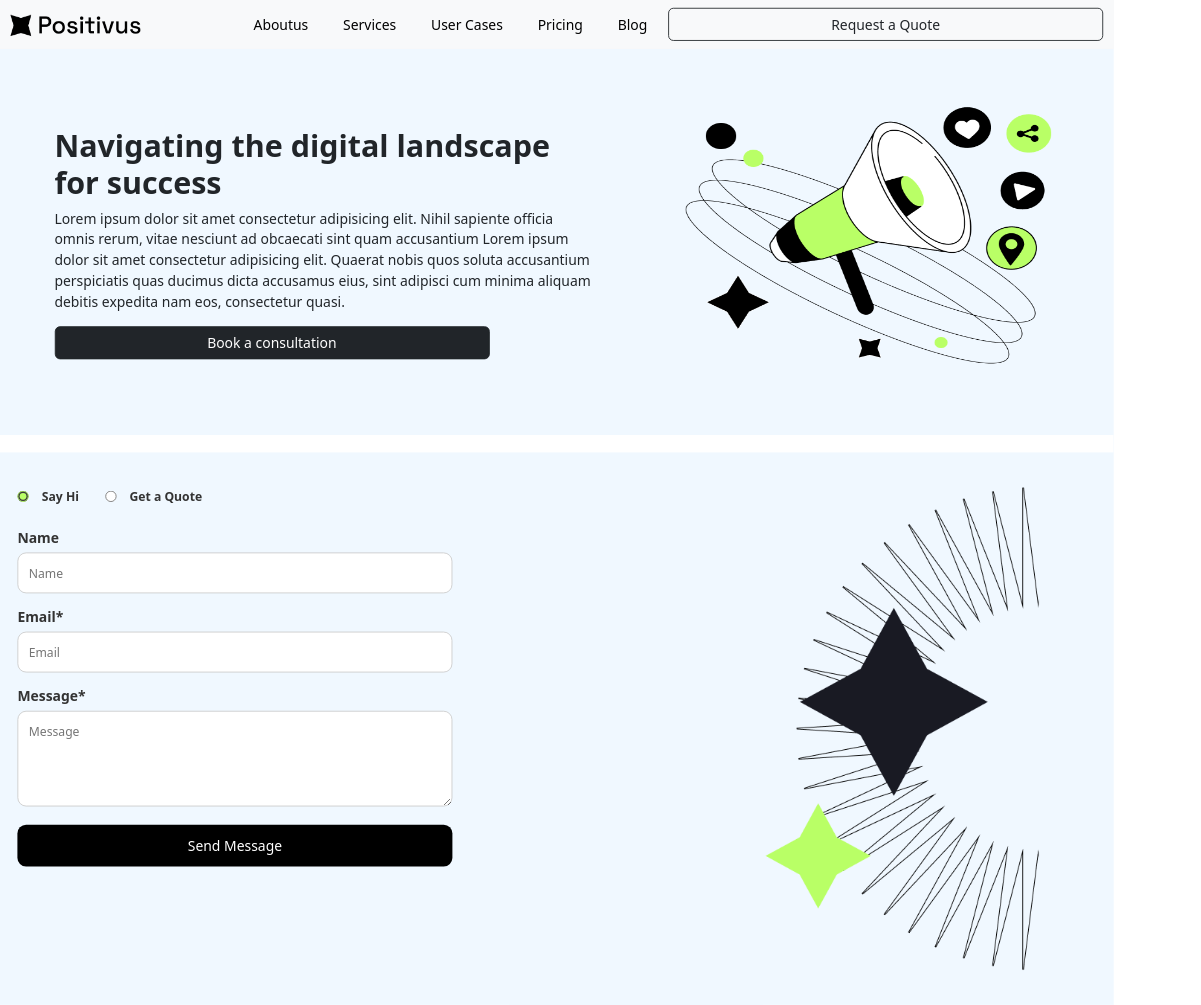
Repository: inshaabbas/CSS-Hackathon-SMIT
Page: index.html
The author's editor kept a copy of each file at every save. The page is drawn from the files as they stood at one save, then again after the next save.
The browser window is 1280 px wide. The page is 1280 px wide, then 1380 px, then 1280 px, so the pictures cover 1380 px, including what lies to the right of the window. The pictures show the whole page, at 87% of full size.

Above is the page before, as saved 2025-06-25 10:12:21.

### index.html
<!DOCTYPE html>
<html lang="en">
<head>
    <meta charset="UTF-8">
    <meta name="viewport" content="width=device-width, initial-scale=1.0">
    <title>CSS Hackathon</title>
    <!-- Bootstrap CDN -->
     <link href="https://cdn.jsdelivr.net/npm/bootstrap@5.3.7/dist/css/bootstrap.min.css" rel="stylesheet" integrity="sha384-LN+7fdVzj6u52u30Kp6M/trliBMCMKTyK833zpbD+pXdCLuTusPj697FH4R/5mcr" crossorigin="anonymous">
    <!-- Font Awesome CDN -->
     <link rel="stylesheet" href="https://cdnjs.cloudflare.com/ajax/libs/font-awesome/6.7.2/css/all.min.css" integrity="sha512-Evv84Mr4kqVGRNSgIGL/F/aIDqQb7xQ2vcrdIwxfjThSH8CSR7PBEakCr51Ck+w+/U6swU2Im1vVX0SVk9ABhg==" crossorigin="anonymous" referrerpolicy="no-referrer"/>
    <!-- External Style Sheet -->
     <link rel="stylesheet" href="./style.css">
</head>
<body>
    <!-- Header Section Starts -->
    <header class="container-xxl">
      <div class="fixed-top">
         <nav class="navbar navbar-expand-lg bg-body-tertiary">
  <div class="container-fluid">
    <a class="navbar-brand" href="#"><img src="./Assets/logo.png" alt="Logo" width="150px"></a>
    <button class="navbar-toggler" type="button" data-bs-toggle="collapse" data-bs-target="#navbarSupportedContent" aria-controls="navbarSupportedContent" aria-expanded="false" aria-label="Toggle navigation">
      <span class="navbar-toggler-icon"></span>
    </button>
    <div class="collapse navbar-collapse" id="navbarSupportedContent">
      <ul class="navbar-nav ms-auto me-3 gap-4 mb-2 mb-lg-0">
        <li class="nav-item">
          <a class="nav-link active" aria-current="page" href="#">Aboutus</a>
        </li>
        <li class="nav-item">
          <a class="nav-link active" href="#">Services</a>
        </li>
        <li class="nav-item">
          <a class="nav-link active" aria-disabled="true">User Cases</a>
        </li>
        <li class="nav-item">
          <a class="nav-link active" aria-current="page" href="#">Pricing</a>
        </li>
        <li class="nav-item">
          <a class="nav-link active" aria-current="page" href="#">Blog</a>
        </li>
      </ul>
        <button class="btn btn-outline-dark" type="submit">Request a Quote</button>
      </form>
    </div>
  </div>
</nav>
      </div>
    </header>
    <!-- Header Section Ends -->

    <!-- Hero Section Starts -->
     <section class="hero-sec container-xxl">
        <div class="hero-text">
            <h2>Navigating the digital landscape for success</h2>
            <p>Lorem ipsum dolor sit amet consectetur adipisicing elit. Nihil sapiente officia omnis rerum, vitae nesciunt ad obcaecati sint quam accusantium Lorem ipsum dolor sit amet consectetur adipisicing elit. Quaerat nobis quos soluta accusantium perspiciatis quas ducimus dicta accusamus eius, sint adipisci cum minima aliquam debitis expedita nam eos, consectetur quasi.</p>
            <button type="button" class="btn btn-dark">Book a consultation</button>
        </div>
        <div class="hero-img">
            <img src="./Assets/hero-sec-img.png" alt="Hero Section Img" width="450px" height="330px">
        </div>
     </section>
    <!-- Hero Section Ends -->

     <!-- Contact section Starts -->
     <section class="contact-section">
      <div class="contact-form">
        <form>
          <!-- Radio Buttons -->
          <div class="radio-group">
            <label><input type="radio" name="purpose" checked>Say Hi</label>
            <label><input type="radio" name="purpose"> Get a Quote</label>
          </div>

          <!-- Name -->
          <div class="form-group">
            <label for="name">Name</label>
            <input type="text" id="name" name="name" placeholder="Name" required>
          </div>

          <!-- Email -->
          <div class="form-group">
            <label for="email">Email*</label>
            <input type="email" id="email" name="email" placeholder="Email" required>
          </div>

          <!-- Message -->
          <div class="form-group">
            <label for="message">Message*</label>
            <textarea id="message" name="message" placeholder="Message" rows="4" required></textarea>
          </div>

          <!-- Button -->
          <button type="submit">Send Message</button>
        </form>
       </div>
      <div>
        <img src="./Assets/Contact-img.png" alt="Contact img" width="400px">
      </div>
     </section>







<script src="https://cdn.jsdelivr.net/npm/@popperjs/core@2.11.8/dist/umd/popper.min.js" integrity="sha384-I7E8VVD/ismYTF4hNIPjVp/Zjvgyol6VFvRkX/vR+Vc4jQkC+hVqc2pM8ODewa9r" crossorigin="anonymous"></script>
<script src="https://cdn.jsdelivr.net/npm/bootstrap@5.3.7/dist/js/bootstrap.min.js" integrity="sha384-7qAoOXltbVP82dhxHAUje59V5r2YsVfBafyUDxEdApLPmcdhBPg1DKg1ERo0BZlK" crossorigin="anonymous"></script>
</body>
</html>

### style.css
.hover-img{
    transition: transform 0.3s ease;
}

.hover-img:hover{
    transform: scale(1.1);
}

.hero-sec{
    display: flex;
    justify-content: space-around;
    align-items: center;
    padding: 20px;
    height: 500px;
    background-color: aliceblue;
    padding-top: 80px;
}

.hero-text{
    width: 50%;
}

.hero-text h2{
    font-size: 35px;
    font-weight: bold;
}

@media screen and (max-width: 1010px) {
    .hero-img img{
        width: 350px;
        height: 300px;
    }
    .hero-sec{
        height: auto;
    }
}

@media screen and (max-width: 800px){
    .hero-sec{
        flex-direction: column;
        gap: 50px;
    }

    .hero-text{
    width: 100%;
}
}

/* Hero Section End */

/* Contact Section Starts */

.contact-section{
    display: flex;
    justify-content: space-between;
    /* gap: 70px; */
    /* height: 400px; */
    height: auto;
    background-color: aliceblue;
    margin-top: 20px;
    padding: 40px 0px 40px 20px
}

.contact-form{
    /* background-color: pink; */
    width: 100%;
}

.radio-group {
  display: flex;
  gap: 30px;
  margin-bottom: 20px;
  font-size: 14px;
  /* background-color: pink; */
}

.radio-group label{
  display: flex;
  align-items: center;
  gap: 15px;
  font-size: 14px;
  color: #333;
  cursor: pointer;
  /* width: 100px; */
  white-space: nowrap
}


input[type="radio"] {
  accent-color: #b9ff66;
}

.form-group {
  margin-bottom: 15px;
}

label {
  display: block;
  margin-bottom: 5px;
  font-weight: bold;
  color: #333;
}

input,
textarea {
  width: 100%;
  max-width: 500px;
  padding: 12px;
  font-size: 14px;
  border: 1px solid #ccc;
  border-radius: 10px;
  box-sizing: border-box;
}

button {
  background-color: #000;
  color: #fff;
  border: none;
  padding: 12px;
  width: 100%;
  max-width: 500px;
  border-radius: 10px;
  font-size: 16px;
  cursor: pointer;
  transition: background-color 0.3s;
}

button:hover {
  background-color: #333;
}

.contact-image {
  flex: 1;
  text-align: right; /* aligns image to the right inside the div */
  min-width: 300px;
}

After the next save:
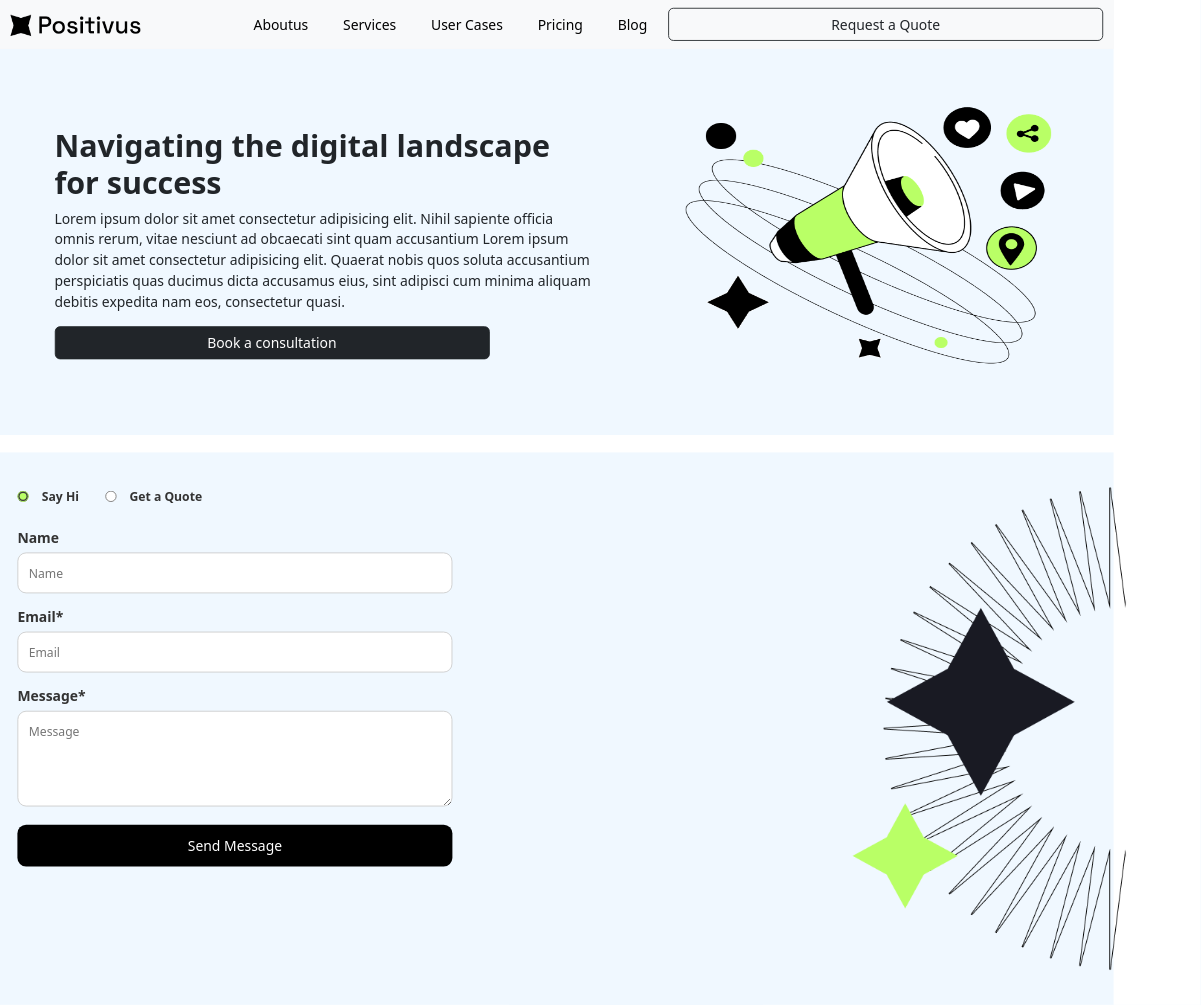
Saved 15 s later.
--- a/index.html
+++ b/index.html
@@ -93,7 +93,7 @@
           <button type="submit">Send Message</button>
         </form>
        </div>
-      <div>
+      <div class="contact-image">
         <img src="./Assets/Contact-img.png" alt="Contact img" width="400px">
       </div>
      </section>

After the save that followed:
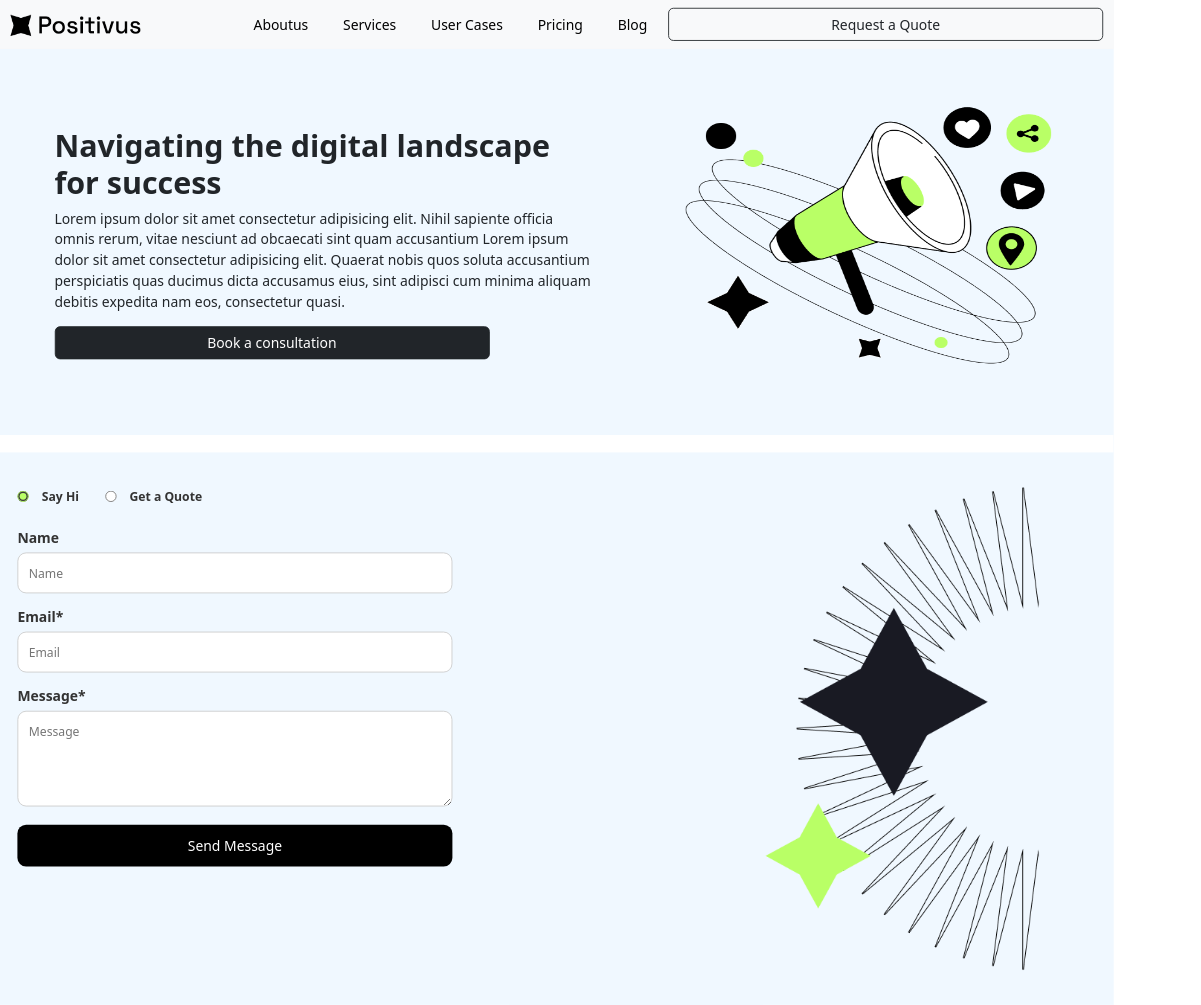
Saved 14 s later.
--- a/style.css
+++ b/style.css
@@ -132,5 +132,5 @@ button:hover {
 .contact-image {
   flex: 1;
   text-align: right; /* aligns image to the right inside the div */
-  min-width: 300px;
+  /* min-width: 300px; */
 }
